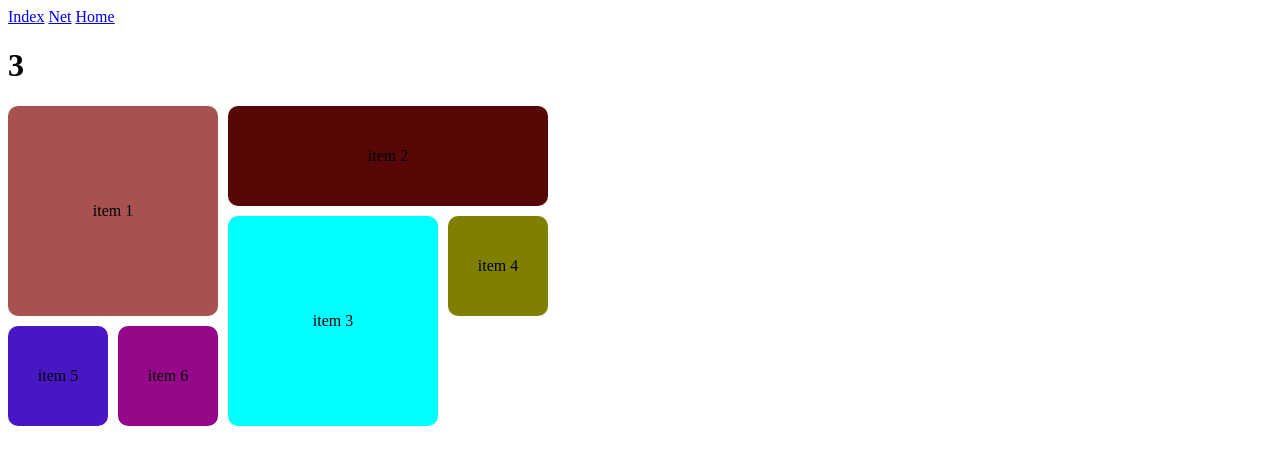
Repository: Nguyen-Toan-2004/du-an-test
Page: product.htm
An editor plug-in stored every save of this project. The page is shown before and after the next save, followed by the edit.
The browser window is 1280 px wide. The pictures show the whole page.

Above is the page before, as saved 2025-10-22 20:39:11.

After the next save:
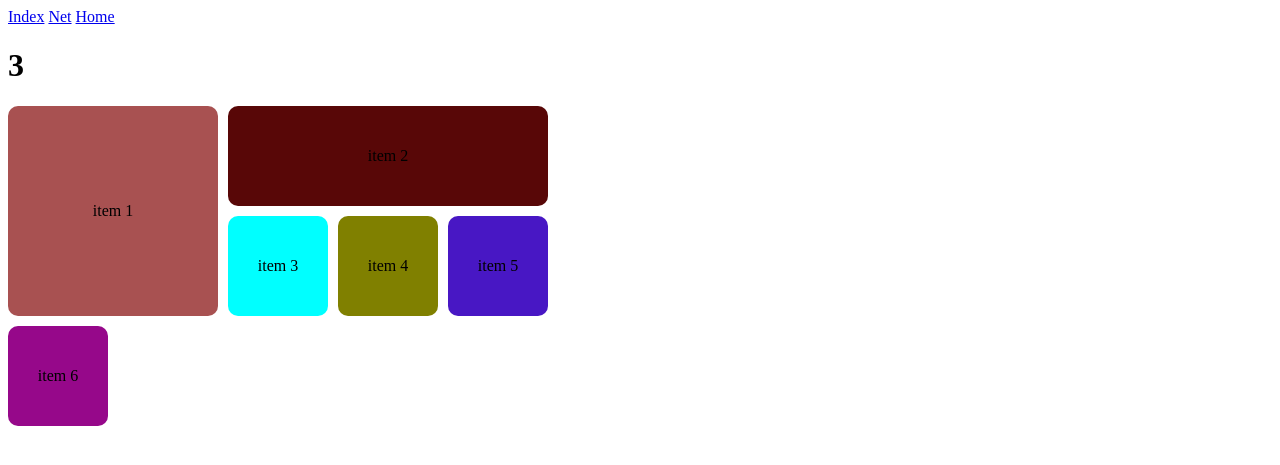
Saved 5 s later.
--- a/product.htm
+++ b/product.htm
@@ -37,10 +37,6 @@
       }
       .box3 {
         background: aqua;
-        grid-row-start: 2;
-        grid-row-end: 4;
-        grid-column-start: 3;
-        grid-column-end: 5;
       }
       .box4 {
         background: olive;
